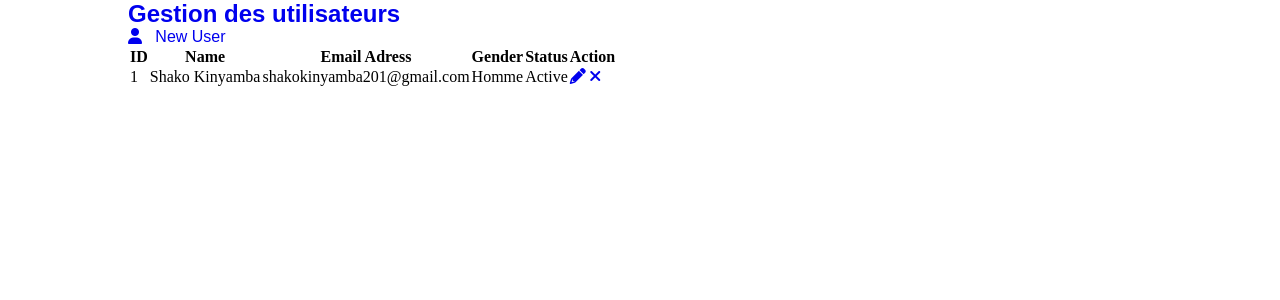
Repository: SKB-TECH/CrudMren
Page: index.html
These files come from the project's save history. The page is drawn as it stood at one moment and after a run of saves; the edit follows.
The browser window is 1280 px wide. The pictures show the whole page.
Some web fonts or font styles are not loaded; a fallback is used.

Above is the page before, as saved 2022-10-05 09:34:33.

### index.html
<!DOCTYPE html>
<html lang="en">

<head>
    <meta charset="UTF-8">
    <meta http-equiv="X-UA-Compatible" content="IE=edge">
    <meta name="viewport" content="width=device-width, initial-scale=1.0">
    <link rel="stylesheet" href="https://cdnjs.cloudflare.com/ajax/libs/font-awesome/6.2.0/css/all.min.css"
        integrity="sha512-xh6O/CkQoPOWDdYTDqeRdPCVd1SpvCA9XXcUnZS2FmJNp1coAFzvtCN9BmamE+4aHK8yyUHUSCcJHgXloTyT2A=="
        crossorigin="anonymous" referrerpolicy="no-referrer" />
    <link rel="stylesheet" href="./assets/css/style.css">
    <title>CRUD APPLICATION</title>
</head>

<body>
    <!-- Header -->
    <header id="header">
        <nav>
            <div class="container">
                <div class="text-center">
                    <a href="/" class="nav-brand text-dark">Gestion des utilisateurs</a>
                </div>
            </div>
        </nav>
    </header>
    <!-- /Header -->
    <!-- Main  -->
    <main id="site-main">
        <div class="container">
            <div class="box-nav d-flex-justify=between ">
                <a href="/add-user" class="border-shadow">
                    <span class="text-gradient"><i class="fas fa-user"></i> &nbsp; New User</span>
                </a>
            </div>


            <!-- Form handling -->
            <form action="/" method="POST">
                <table class="table">
                    <thead class="thead-dark">
                        <tr>
                            <th>ID</th>
                            <th>Name</th>
                            <th>Email Adress</th>
                            <th>Gender</th>
                            <th>Status</th>
                            <th>Action</th>
                        </tr>
                    <tbody>
                        <tr>
                            <td>1</td>
                            <td>Shako Kinyamba</td>
                            <td>shakokinyamba201@gmail.com</td>
                            <td>Homme</td>
                            <td>Active</td>
                            <td>
                                <a href="#" class="btn border-shadow update">
                                    <span class="text-gradient">
                                        <i class="fas fa-pencil-alt"></i>
                                    </span>
                                </a>

                                <a href="#" class="btn border-shadow delete">
                                    <span class="text-gradient">
                                        <i class="fas fa-times"></i>
                                    </span>
                                </a>
                            </td>
                        </tr>
                    </tbody>
                    </thead>
                </table>
            </form>
            <!-- /Form handling -->
        </div>
    </main>
    <!-- /Main -->
</body>

</html>

### assets/css/style.css
@import url('https://fonts.googleapis.com/css2?family=Barlow&family=PT+Sans&display=swap');

/* font-family: 'Barlow', sans-serif;
font-family: 'PT Sans', sans-serif; */

:root {
    --dark: #2b2d42;
    --light: #adb5bd;
    --border: #dee2e6;
    --border-btn: #edf2f4
}

* {
    padding: 0;
    margin: 0;
    box-sizing: border-box;
}

a {
    text-decoration: none;
    font-family: 'PT Sans', sans-serif;
}

.container {
    max-width: 1024px;
    margin: auto;
}

.nav-brand {
    font-size: 1.5em;
    font-weight: bold;
}

.d-flex {
    display: flex;
    flex-wrap: wrap;
}

.justify-between {
    justify-content: space-between;
}

After the next 4 saves:
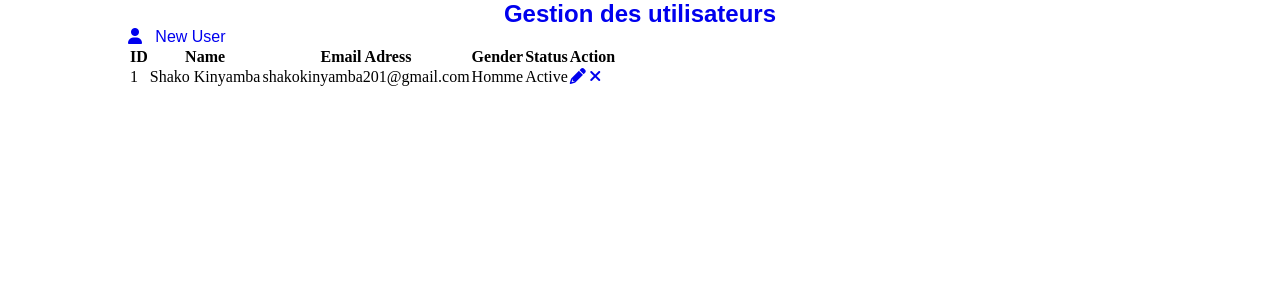
The 4 saves are shown as one change because they came seconds apart.
The last was saved 14 s later.
--- a/assets/css/style.css
+++ b/assets/css/style.css
@@ -39,3 +39,9 @@ a {
 .justify-between {
     justify-content: space-between;
 }
+
+.text-center{
+    text-align: center;
+}
+
+.
